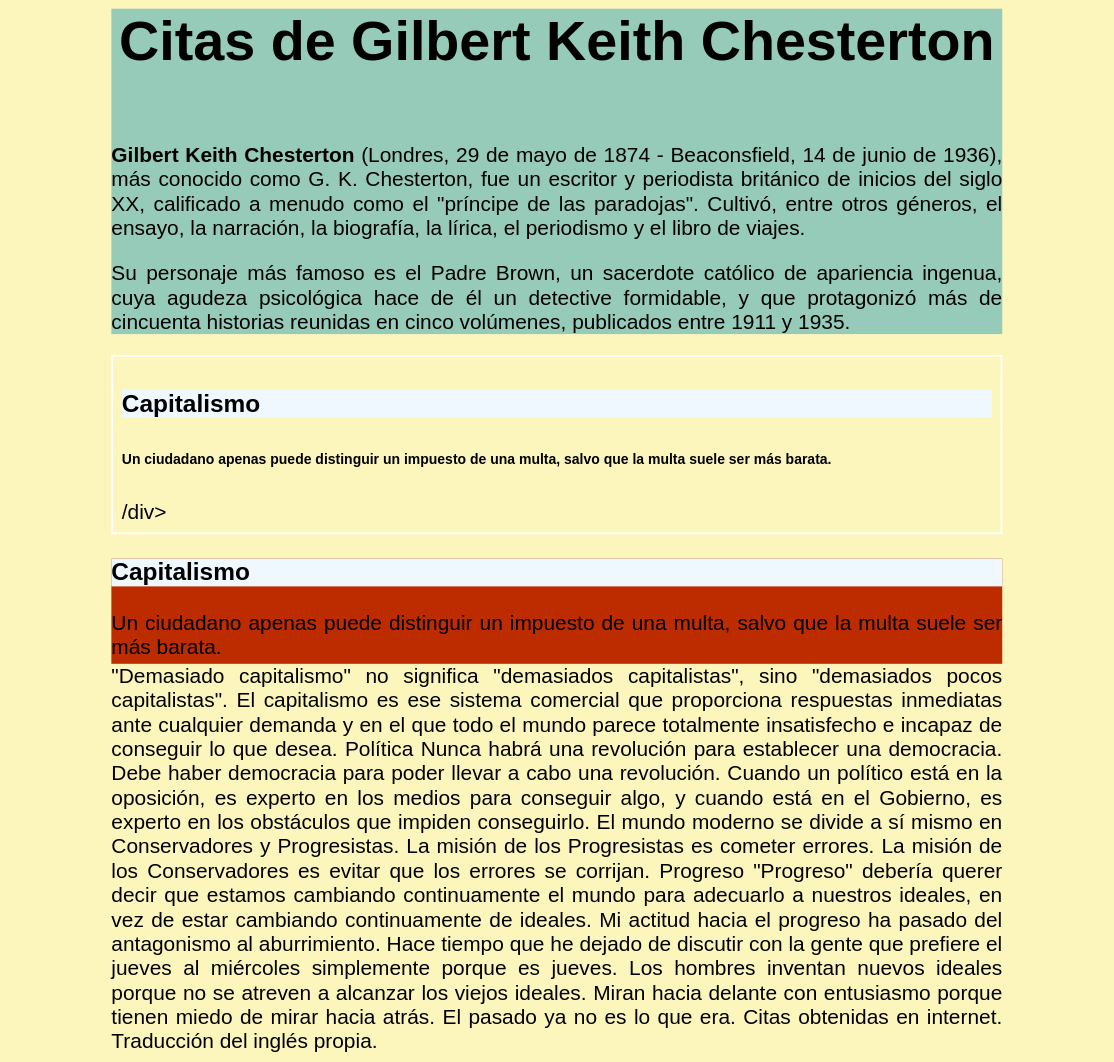
Repository: EmilyMachuca-Developer/Advanced-Programming-Projects
Page: index.html
An editor plug-in stored every save of this project. The page is shown before and after a run of saves, followed by the edit.
The browser window is 1280 px wide. The pictures show the whole page, at 87% of full size.

Above is the page before, as saved 2024-02-26 20:30:13.

After the next 4 saves:
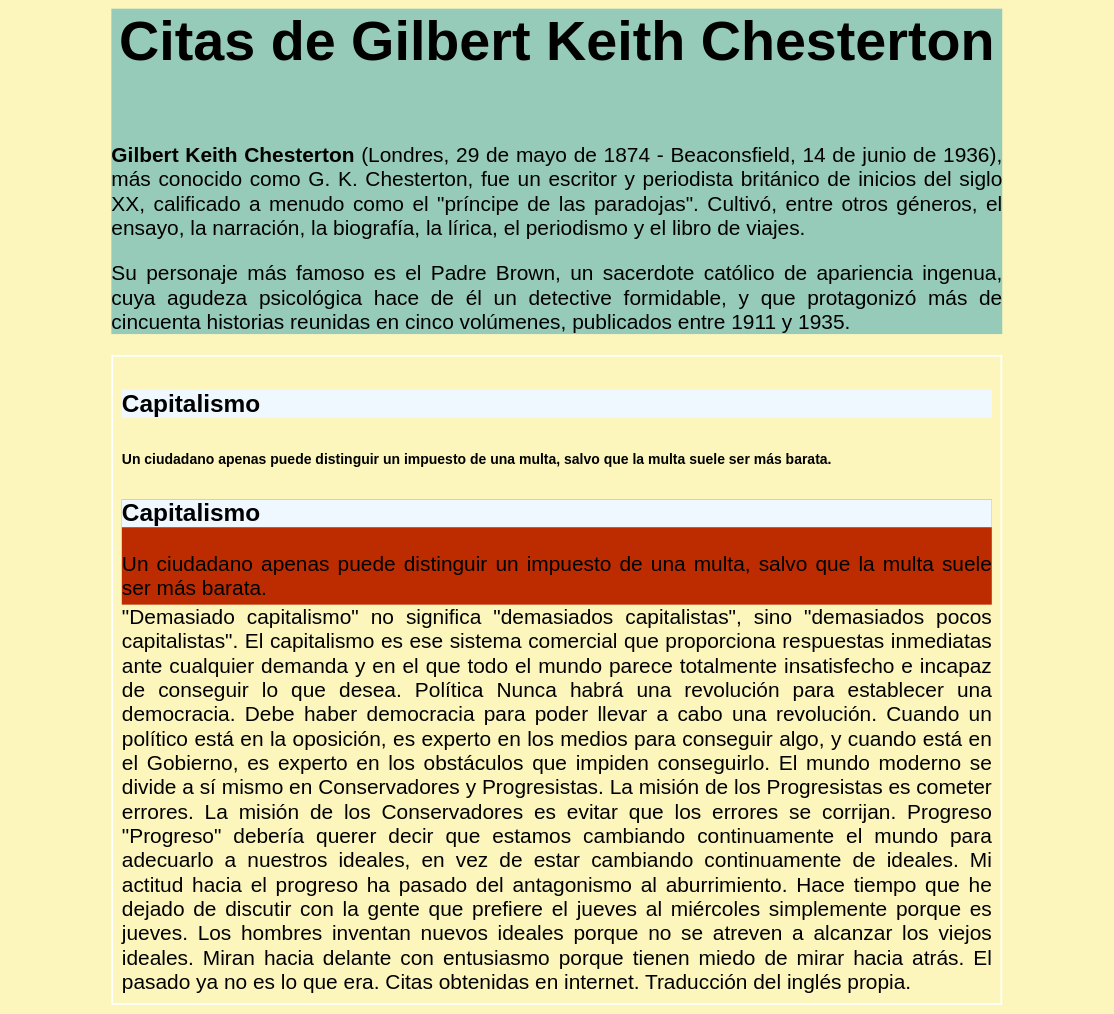
The 4 saves are shown as one change because they came seconds apart.
The last was saved 15 s later.
--- a/index.html
+++ b/index.html
@@ -13,7 +13,7 @@
     </div>
     <main><div style="background-color: aliceblue;"><h3>Capitalismo</h3></div>
 
-        <div><h6>Un ciudadano apenas puede distinguir un impuesto de una multa, salvo que la multa suele ser más barata.</h6>/div></main>
+        <div><h6>Un ciudadano apenas puede distinguir un impuesto de una multa, salvo que la multa suele ser más barata.</h6><d</main>
 <section><div style="background-color: aliceblue;"><h3>Capitalismo</h3></div>
 
     <div><h8>Un ciudadano apenas puede distinguir un impuesto de una multa, salvo que la multa suele ser más barata.</h8></div></section>
